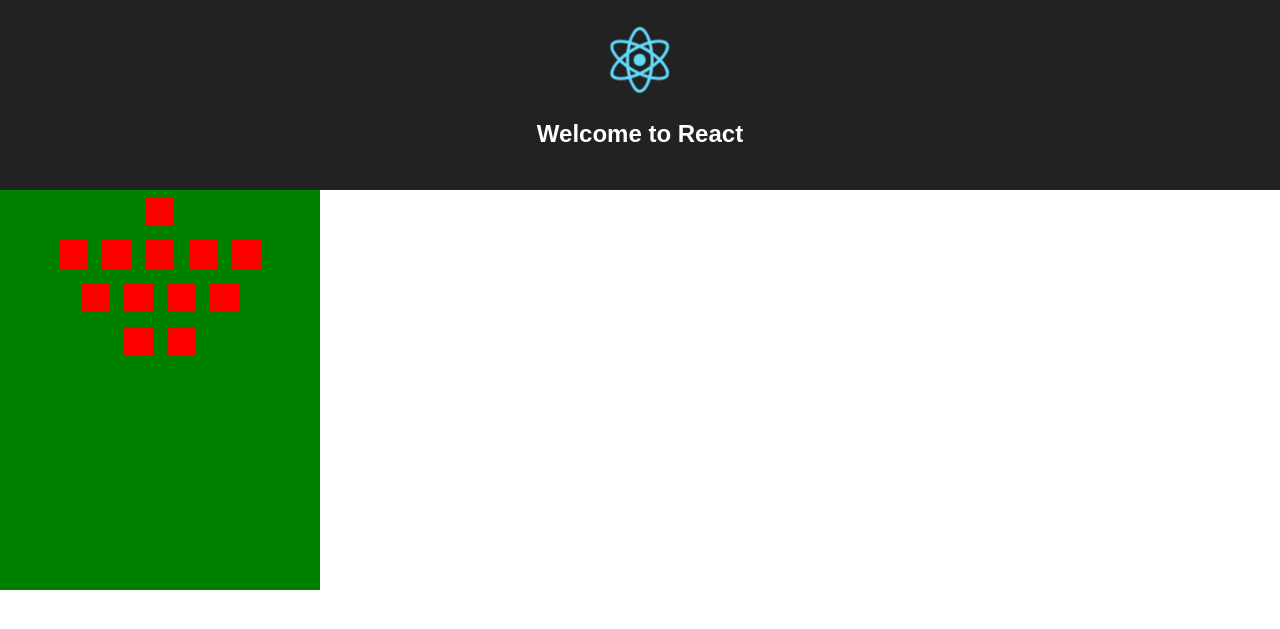
Repository: technicaltests100k/fantacalcio
Page: /
An editor plug-in stored every save of this project. The page is shown before and after a run of saves, followed by the edit.
The browser window is 1280 px wide. The pictures show the whole page.
The project was rebuilt for these pictures with package versions that can differ from the ones it lists, and the page was loaded fresh each time.

Above is the page before, as saved 2017-11-22 16:32:11.

After the next 2 saves:
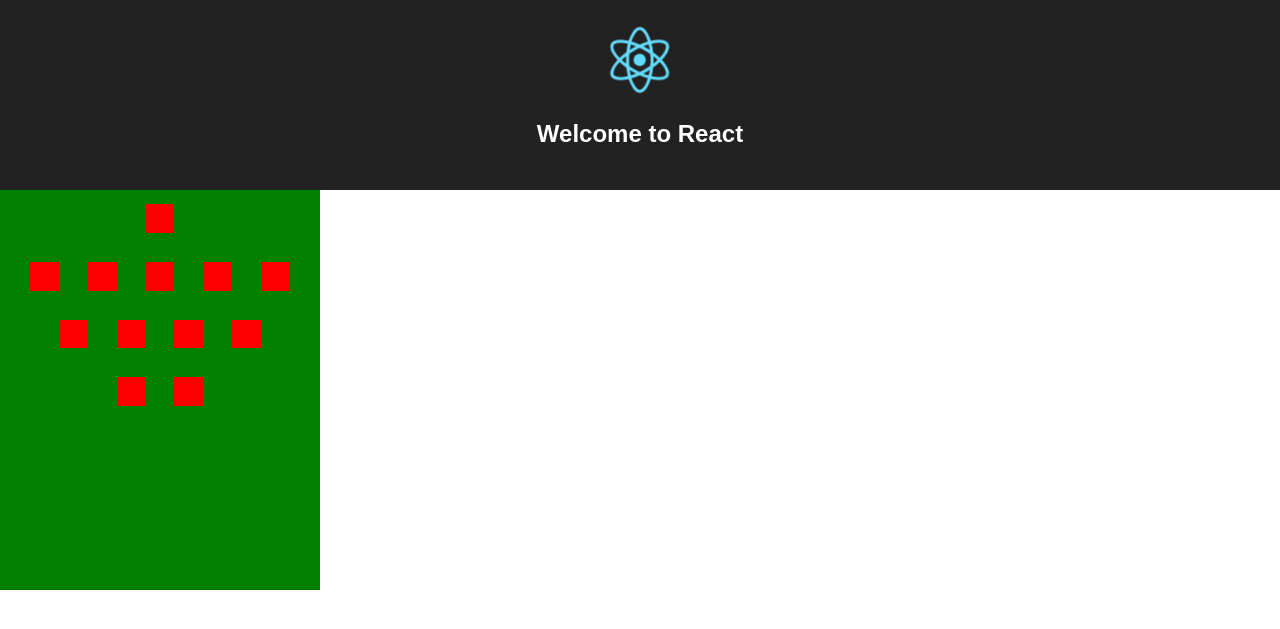
The 2 saves are shown as one change because they came seconds apart.
The last was saved 9 s later.
--- a/src/App.css
+++ b/src/App.css
@@ -32,7 +32,7 @@
   height: 4vh;
   /* height: 20%; */
   background-color: red;
-  margin: 1vh;
+  margin: 2vh;
 }
 .keeper {
   display: flex;
